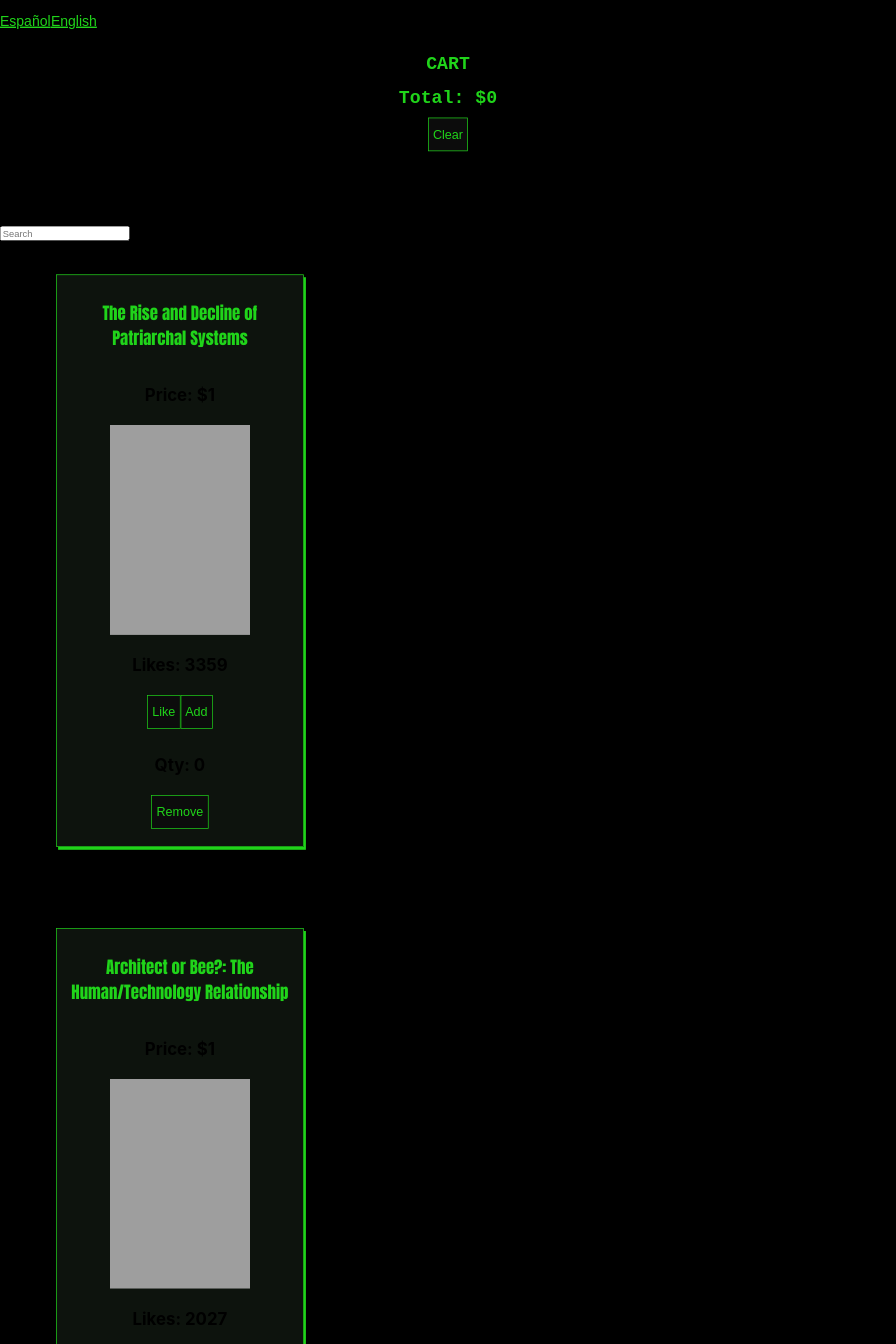
Repository: rvelarden/React-Hooks-UtopianTech-Bookstore
Page: / (app in utopiantech/)
The author's editor kept a copy of each file at every save. The page is drawn from the files as they stood at one save, then again after the next save.
The browser window is 1280 px wide. The pictures show the part of the page from y = 0 to 1920 px (the page is 7816 px tall before and 7776 px after), at 70% of full size.
Pictures or frames that could not be fetched are drawn as grey boxes. The project was rebuilt for these pictures with package versions that can differ from the ones it lists, and the page was loaded fresh each time. A package was used in the major version that the imports need, not the one package.json lists. Also part of the build but not shown: utopiantech/src/components/Shop.js, utopiantech/src/components/Spanish.js.

Above is the page before, as saved 2021-11-24 14:39:45.

### utopiantech/src/App.js
import React from 'react';
import './App.css';
import { BrowserRouter as Router, Route, Switch } from 'react-router-dom'
import Shop from "./components/Shop";
import Spanish from "./components/Spanish"
import Navbar from "./components/Navbar"
import SearchBar from "./components/SearchBar";
import BookList from './components/BookList';

const allItems = [
  {
    id: 1,
    name: "The Rise and Decline of Patriarchal Systems",
    image: "https://img.thriftbooks.com/api/images/i/m/8ECA8C9BAF351D13622ADFFBFA8A5D4E2BAABAFF.jpg",
    likes: 3359,
    price: 1,
    category: 'Social Studies'
  },
  {
    id: 2,
    name: "Architect or Bee?: The Human/Technology Relationship",
    image: "https://i.pinimg.com/originals/73/73/d8/7373d864a3dcb4534dc00fda64483674.jpg",
    likes: 2027,
    price: 1,
    category: 'Social Studies'
  },
  {
    id: 3,
    name: "Utopia for Realists: How We Can Build the Ideal World",
    image: "https://images-na.ssl-images-amazon.com/images/I/51CJA6QHtKL._SY291_BO1,204,203,200_QL40_FMwebp_.jpg",
    likes: 813,
    price: 1,
    category: 'Computer Science'
  },
  {
    id: 4,
    name: "Ada's Algorithm: How Lord Byron's Daughter ADA Lovelace Launched the Digital Age",
    image: 'https://img.thriftbooks.com/api/images/m/0bb4a32fefff1ec9c627527f6feb36668f62783b.jpg',
    likes: 7777,
    price: 1,
    category: 'Computer Science'
  },
  {
    id: 5,
    name: "Turing's Vision: The Birth of Computer Science (The MIT Press)",
    image: "https://images-na.ssl-images-amazon.com/images/I/411cTz90bFL._SY291_BO1,204,203,200_QL40_FMwebp_.jpg",
    likes: 1000,
    price: 1,
    category: 'Computer Science'
  },
  {
    id: 6,
    name: "Alan Turing: The Enigma: The Centenary Edition",
    image: "https://img.thriftbooks.com/api/images/m/6da6b05beb1f54981b588ee2a84e6f0b13a436f9.jpg",
    likes: 2000,
    price: 1,
    category: 'Computer Science'
  },
  {
    id: 8,
    name: "Ada Lovelace: The Making of a Computer Scientist",
    image: "https://images-na.ssl-images-amazon.com/images/I/51G-h1wZ7xL._SX218_BO1,204,203,200_QL40_FMwebp_.jpg",
    likes: 2000,
    price: 1,
    category: 'Computer Science'
  },
  {
    id: 9,
    name: "If Then: How the Simulmatics Corporation Invented the Future",
    image: "https://images-na.ssl-images-amazon.com/images/I/41wf6nnKIBL._SY291_BO1,204,203,200_QL40_FMwebp_.jpg",
    likes: 8000,
    price: 1,
    category: 'Business'
  }
]

export default class App extends React.Component {


  state = {
    searchText: '',
    books: allItems
  }

  searchBarText = (allItems)=>{
    // console.log(allItems)
    this.setState({
      searchText: allItems
    })
  }
  render(){
    const filteredBooks = this.state.books.filter(filterBook => filterBook.name.toLowerCase().includes(this.state.searchText))
  return (
    <Router>
      <div>
        <Navbar/>
        <div>
        <Switch>
        <Route exact path="/">
        {/* <Shop /> */}
        <SearchBar searchBar={this.searchBarText} searchText={this.state.searchText}/>
        <BookList books={filteredBooks}/>
        </Route>
        <Route path="/spanish">
        <Spanish />
        </Route>
      </Switch>
    </div>
    </div>
    </Router>
  )
}

}

### utopiantech/src/App.css
body {
  margin: 0;
  /* font-family: monospace; */
  background-color: black;
}

#book-header {
  display: flex;
  justify-content: center;
  background: #20d41a;
  opacity: .8;
  height: 7rem;
  padding: 1rem;
}

#book-header img {
  height: 6rem;
  width: auto;
}

#book-collection {
  margin: 2rem;
}

.card {
  text-align: center;
  border: #20d41a solid 1px;
  padding: 1rem;
  width: 20rem;
  height: 49rem;
  display: inline-grid;
  margin: 3rem 5rem;
  box-shadow: 3px 4px #20d41a;
  background-color: #0d130d;
  /* font-family: monospace; */
}

.font-text{
  font-family: Impact, Haettenschweiler, 'Arial Narrow Bold', sans-serif;
  color: #20d41a;
}
.font-text-text{
  font-family: monospace;
  color: #20d41a;
  background-color: black;
}

.book-avatar {
  justify-self: center;
  height: 15rem;
  width: auto;

}
.color-white {
  color:#20d41a
}

button {
  position: relative;
  background-color: #0c0c0c;
  border: none;
  height: 3rem;
  width: max-content;
  color: #20d41a;
  font-size: 18px;
  justify-self: center;
  border: #20d41a solid 1px;
}

.buttonContainer {
  text-align: center;
  padding: 1rem;
}

button:hover {
  background-color: rgb(48, 46, 46);
  border: #20d41a solid 1px;
  color: 20d41a;
}

.container {
  padding: 1rem;
  width: stretch;
  height: auto;
  background: #20d41a;
  opacity: .8;
}

.add-book-form {
  width: 80%
}

.submit {
  position: relative;
  background-color: #20d41a;
  height: 2rem;
  width: max-content;
  color: #20d41a;
  font-size: 18px;
  justify-self: center;
  /* font-family: monospace; */
  margin: 3px;
}

.submit:hover {
  background-color: whitesmoke;
  border: #20d41a solid 1px;
  color: #20d41a;
}


.input-text {
  border-radius: 5px;
  height: 2rem;
  width: 60%;
  font-size: 18px;
  font-family: monospace;
  margin: 3px;
  color: #20d41a;
}

.center-text {
  text-align: center;
}

.center-button {
  /* margin: 0; */
  /* position: absolute; */
  /* top: 50%; */
  left: 50%;
  -ms-transform: translate(-50%, -50%);
  transform: translate(-50%, -50%);
}

a{
  /* left: 72%; */
  font-size: 20px;
  /* position:initial; */
  /* margin: 0; */
  font-family: sans-serif;
  /* padding: 0; */
  /* width: 100%; */
  /* display: inline; */
  /* outline: none; */
  /* text-decoration: none; */
  display: inline-block;
  width: 5.5%;
  margin-right: 0.625%;
  text-align: center;
  line-height: 3;
  color: #20d41a;
  margin-right: 0;
  /* background: whitesmokeow; */
  /* border: #1938e7 solid 1px; */
}

a:hover{
  color:#20d41a
}

### utopiantech/src/components/Navbar.js
import React, { Component } from 'react';

const Navbar = ()=>{
    const [cart, setCart] = React.useState([]);
    const cartTotal = cart.reduce((total, { price = 0 }) => total + price, 0);
    return(
        <div>
        <a href='/spanish' >Español</a>
        <a href='/' >English</a>

        <h1 className="center-text font-text-text">CART</h1>
            <h1 className="center-text font-text-text">Total: ${cartTotal}</h1>
            <div>
            <br></br>
            <button className="center-button" onClick={() => setCart([])}>Clear</button>
            </div>
        </div>
    )
}

export default Navbar

### utopiantech/src/components/SearchBar.js
import React, { useCallback, useEffect, useState } from "react";




  const Search = (props) => {


    return (
      <div className="search-bar-div" >

        <div className="bannersingle" >
              <h1>Find Book Name</h1>
          </div>
        <div className="searchBox" >
          <input
           type="text"
           placeholder={"Search"}
           className="searchInput"
           onChange={(e) => props.searchBar(e.target.value)}
          />
        </div>

      </div>
    );
  };

  export default Search;

### utopiantech/src/components/BookList.js
import React, { Component } from "react"
import Book from "./Book.js"
import { Header, Button } from 'semantic-ui-react'

class BookList extends Component {


    render() {
    return (
        <div>
            {this.props.books.map(bookItem => <Book book={bookItem} />)}
        </div>


    )
      }
}

export default BookList

### utopiantech/src/components/Book.js
import React, { Component, useCallback } from 'react';


const allItems = [
    {
      id: 1,
      name: "The Rise and Decline of Patriarchal Systems",
      image: "https://img.thriftbooks.com/api/images/i/m/8ECA8C9BAF351D13622ADFFBFA8A5D4E2BAABAFF.jpg",
      likes: 3359,
      price: 1,
      category: 'Social Studies'
    },
    {
      id: 2,
      name: "Architect or Bee?: The Human/Technology Relationship",
      image: "https://i.pinimg.com/originals/73/73/d8/7373d864a3dcb4534dc00fda64483674.jpg",
      likes: 2027,
      price: 1,
      category: 'Social Studies'
    },
    {
      id: 3,
      name: "Utopia for Realists: How We Can Build the Ideal World",
      image: "https://images-na.ssl-images-amazon.com/images/I/51CJA6QHtKL._SY291_BO1,204,203,200_QL40_FMwebp_.jpg",
      likes: 813,
      price: 1,
      category: 'Computer Science'
    },
    {
      id: 4,
      name: "Ada's Algorithm: How Lord Byron's Daughter ADA Lovelace Launched the Digital Age",
      image: 'https://img.thriftbooks.com/api/images/m/0bb4a32fefff1ec9c627527f6feb36668f62783b.jpg',
      likes: 7777,
      price: 1,
      category: 'Computer Science'
    },
    {
      id: 5,
      name: "Turing's Vision: The Birth of Computer Science (The MIT Press)",
      image: "https://images-na.ssl-images-amazon.com/images/I/411cTz90bFL._SY291_BO1,204,203,200_QL40_FMwebp_.jpg",
      likes: 1000,
      price: 1,
      category: 'Computer Science'
    },
    {
      id: 6,
      name: "Alan Turing: The Enigma: The Centenary Edition",
      image: "https://img.thriftbooks.com/api/images/m/6da6b05beb1f54981b588ee2a84e6f0b13a436f9.jpg",
      likes: 2000,
      price: 1,
      category: 'Computer Science'
    },
    {
      id: 8,
      name: "Ada Lovelace: The Making of a Computer Scientist",
      image: "https://images-na.ssl-images-amazon.com/images/I/51G-h1wZ7xL._SX218_BO1,204,203,200_QL40_FMwebp_.jpg",
      likes: 2000,
      price: 1,
      category: 'Computer Science'
    },
    {
      id: 9,
      name: "If Then: How the Simulmatics Corporation Invented the Future",
      image: "https://images-na.ssl-images-amazon.com/images/I/41wf6nnKIBL._SY291_BO1,204,203,200_QL40_FMwebp_.jpg",
      likes: 8000,
      price: 1,
      category: 'Business'
    }
  ]


const Book = (props) => {
    const [cart, setCart] = React.useState([]);
    const [items, setItems] = React.useState(allItems)
    const [text, setText] = React.useState(false)
    const addToCart = (item) => setCart((currentCart) => [...currentCart, item])
    // const cartTotal = cart.reduce((total, { price = 0 }) => total + price, 0);

    const removeFromCart = (item) => {
        setCart((currentCart) => {
          const indexOfItemToRemove = currentCart.findIndex((cartItem) => cartItem.id === item.id);

          if (indexOfItemToRemove === -1) {
            return currentCart;
          }

          return [
            ...currentCart.slice(0, indexOfItemToRemove),
            ...currentCart.slice(indexOfItemToRemove + 1),
          ];
        });
      };

      const amountOfItems = (id) => cart.filter((item) => item.id === id).length;

    const updateLike = useCallback(

        (item) => {
         setItems(items.map(indItem => {
            if (indItem !== item) {
              return indItem
            } else {
              return {...item, likes: item.likes + 1}
            }
          }))
      },
      [], // Tells React to memoize regardless of arguments.
      )


      return(
            <div>
            <div key={props.book.id} className="card">
            <div className="font-text"><h2>{`${props.book.name}`}</h2></div>
            <h2>{`Price: $${props.book.price}`}</h2>
            <img src={props.book.image} style={{ width: "200px", height: "300px", objectFit: "cover" }} className="book-avatar" />
            <h2>Likes: {props.book.likes}</h2>
            <div>
            <button disable={items.disable} text={items.text} onClick={()=> updateLike(props.book)}> {text ? "Liked!" : "Like"} </button>
            <button type="submit" onClick={() => addToCart(props.book)}> Add </button>
            </div>
            <div>

            </div>
            <h2>Qty: {amountOfItems(props.book.id)}</h2>
            <button type="submit" onClick={() => removeFromCart(props.book)}> Remove </button>
            </div>
            {/* <h1 className="center-text font-text-text">CART</h1>  */}
            {/* <h1 className="center-text font-text-text">Total: ${cartTotal}</h1> */}
            <div>
            <br></br>
            {/* <button className="center-button" onClick={() => setCart([])}>Clear</button> */}
            </div>
            </div>
      )
    }

  export default Book

Loaded but not shown: utopiantech/public/index.html (common file); utopiantech/src/index.js (common file); utopiantech/src/index.css (common file); utopiantech/src/reportWebVitals.js (common file)

After the next save:
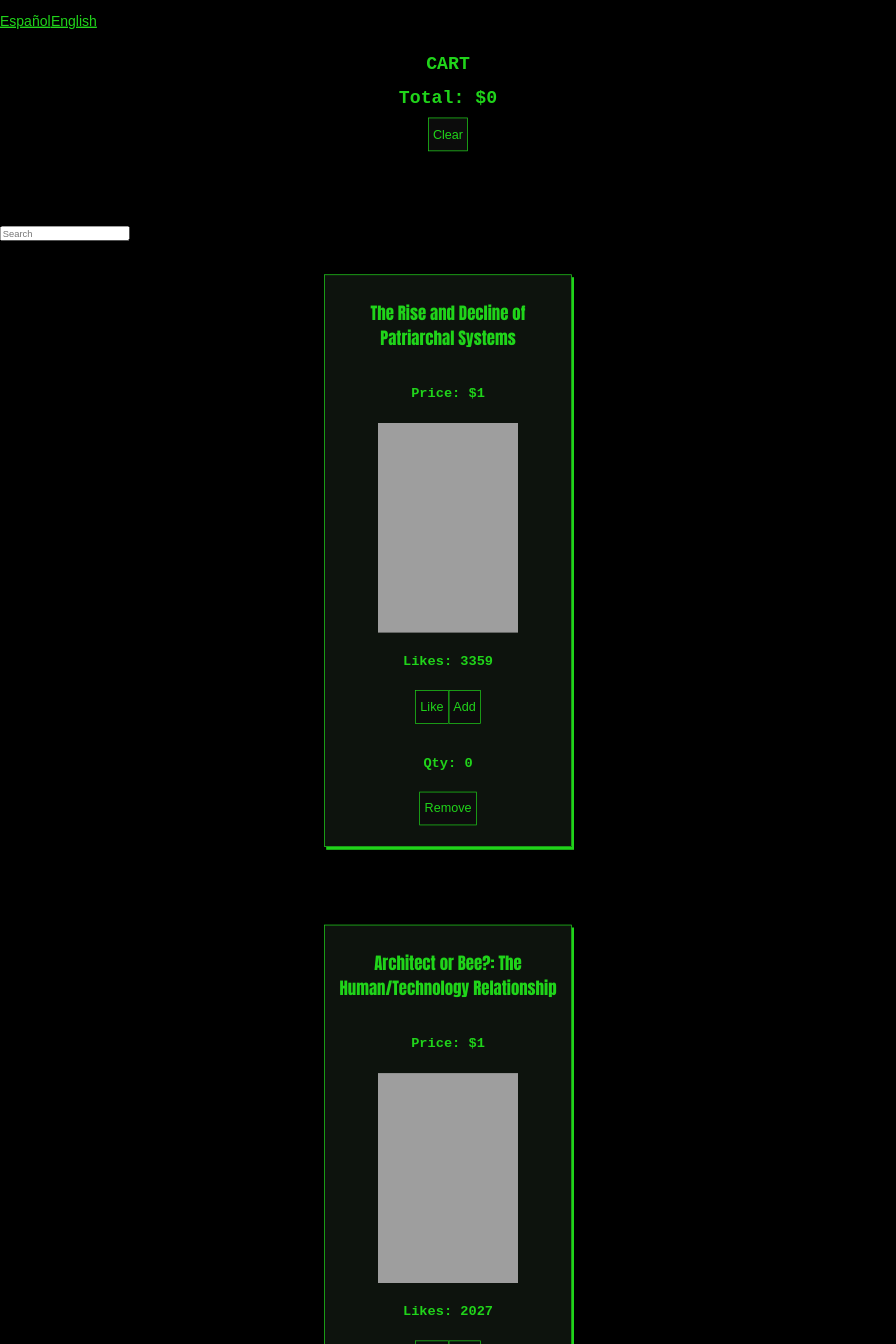
Saved 2 min 11 s later.
--- a/utopiantech/src/components/Book.js
+++ b/utopiantech/src/components/Book.js
@@ -109,7 +109,7 @@
 
 
       return(
-            <div>
+            <div className="center-text font-text-text">
             <div key={props.book.id} className="card">
             <div className="font-text"><h2>{`${props.book.name}`}</h2></div>
             <h2>{`Price: $${props.book.price}`}</h2>

After the 2 saves that followed:
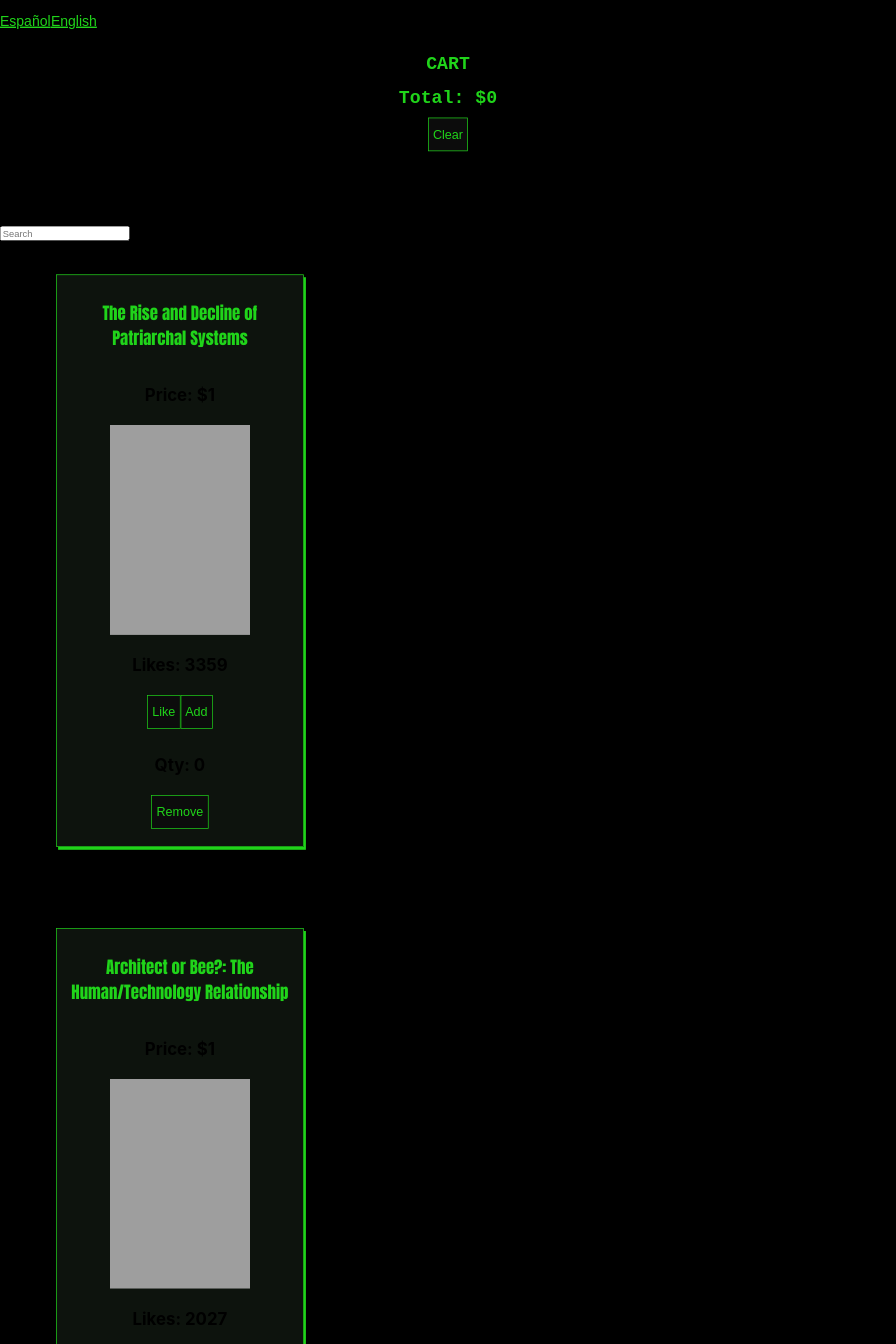
The 2 saves are shown as one change because they came seconds apart.
The last was saved 14 s later.
--- a/utopiantech/src/components/Book.js
+++ b/utopiantech/src/components/Book.js
@@ -109,8 +109,8 @@
 
 
       return(
-            <div className="center-text font-text-text">
-            <div key={props.book.id} className="card">
+            <div >
+            <div className="center-text font-text-text" key={props.book.id} className="card">
             <div className="font-text"><h2>{`${props.book.name}`}</h2></div>
             <h2>{`Price: $${props.book.price}`}</h2>
             <img src={props.book.image} style={{ width: "200px", height: "300px", objectFit: "cover" }} className="book-avatar" />
